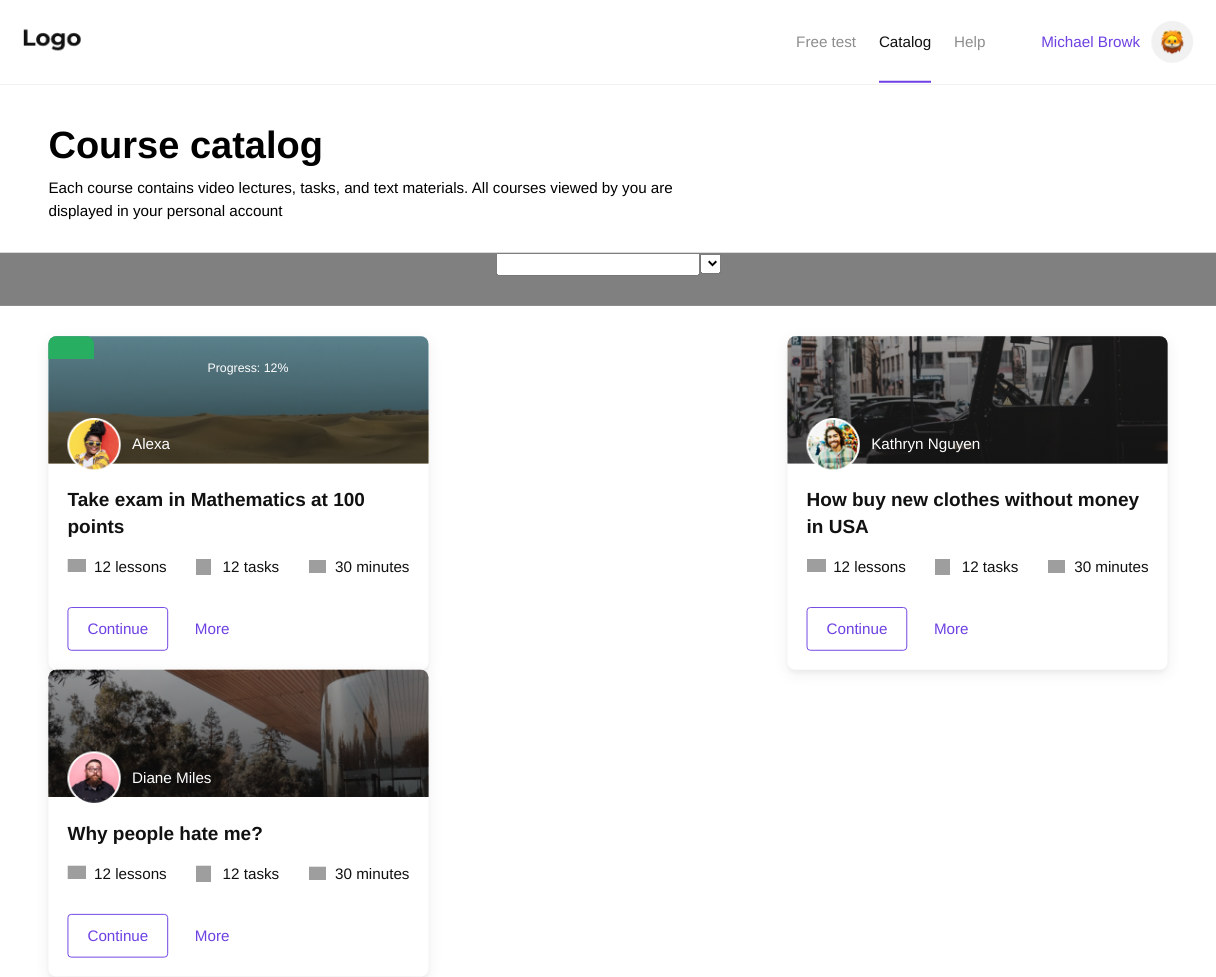
Repository: skydevil1604/vue-test-app
Page: /#/main-page
An editor plug-in stored every save of this project. The page is shown before and after the next save, followed by the edit.
The browser window is 1280 px wide. The pictures show the whole page, at 95% of full size.
Pictures or frames that could not be fetched are drawn as grey boxes. The project was rebuilt for these pictures with package versions that can differ from the ones it lists, and the page was loaded fresh each time. Also part of the build but not shown: src/components/Tabs.vue, src/components/Tab.vue, src/components/Login.vue, src/components/Registration.vue, src/components/AuthenticationForm.vue.

Above is the page before, as saved 2020-04-07 01:22:34.

### public/index.html
<!DOCTYPE html>
<html lang="en">
  <head>
    <meta charset="utf-8">
    <meta http-equiv="X-UA-Compatible" content="IE=edge">
    <meta name="viewport" content="width=device-width,initial-scale=1.0">
    <link rel="icon" href="<%= BASE_URL %>favicon.ico">
    <link rel="stylesheet" href="../src/assets/normalize.css">
    <title><%= htmlWebpackPlugin.options.title %></title>
  </head>
  <body style="margin:0 auto;">
    <noscript>
      <strong>We're sorry but <%= htmlWebpackPlugin.options.title %> doesn't work properly without JavaScript enabled. Please enable it to continue.</strong>
    </noscript>
    <div id="app"></div>
    <!-- built files will be auto injected -->
  </body>
</html>

### src/main.js
import Vue from 'vue'
import App from './App.vue'
import VueRouter from 'vue-router'
import router from './router';

Vue.config.productionTip = false;
Vue.use(VueRouter)

new Vue({
  render: h => h(App),
  router
}).$mount('#app');

### src/App.vue
<template>
  <div id="app">
    <router-view>
      <AuthenticationForm />
    </router-view>
  </div>
</template>

<script>
import AuthenticationForm from './components/AuthenticationForm';

export default {
  name: 'App',
  components: {
    AuthenticationForm
  }
}
</script>

<style>
#app {
  font-family: Avenir, Helvetica, Arial, sans-serif;
  -webkit-font-smoothing: antialiased;
  -moz-osx-font-smoothing: grayscale;
  text-align: center;
  display: flex;
  height: 100vh;
}

#app * {
  box-sizing: border-box;
}
</style>

### src/router/index.js
import Vue                        from 'vue';
import VueRouter                  from 'vue-router';
import MainPageComponent          from '@/components/MainPage';
import AuthenticationForm         from '@/components/AuthenticationForm';

Vue.use(VueRouter);

const router = new VueRouter({
    routes: [

      {
        path: '/main-page',
        name: 'mainPage',
        component: MainPageComponent,
      },
      {
        path: '/',
        name: 'authenticationForm',
        component: AuthenticationForm,
      },
    ]
  });

export default router;

### src/components/MainPage.vue
<template>
    <div class="main-page">
        <header class="header">
            <a class="logo" href="#">
                <img src="../assets/logo.png" alt="logo">
            </a>
            <nav class="navigation">
                <ul class="navigation__list">
                    <li class="navigation__item">
                        <a class="navigation__link" href="#">Free test</a>
                    </li>
                    <li class="navigation__item">
                        <a class="navigation__link navigation__link--active" href="#">Catalog</a>
                    </li>
                    <li class="navigation__item">
                        <a class="navigation__link" href="#">Help</a>
                    </li>
                </ul>
                <div class="navigation__profile">
                    <span class="navigation__user-name">Michael Browk</span>
                    <img class="navigation__user-photo" src="../assets/Lion.png" alt="">
                </div>
            </nav>
        </header>

        <section class="info">
            <h1 class="info__heading">Course catalog</h1>
            <p class="info__description">
                Each course contains video lectures, tasks, and text materials. All courses viewed by you are displayed in your personal account
            </p>
        </section>

        <section class="main-filter">
            <input type="search" name="search" id="search">
            <select name="" id=""></select>
        </section>

        <section class="main-content">
            <div class="post">
                <div class="post__header post__header--first-post">
                    <div class="post__progress-bar">
                        <span class="post__progress-bar-fill" style="width: 12%"></span>
                        <span class="post__progress-count">Progress: 12%</span>
                    </div>
                    <div class="post__author-photo">
                        <img src="../assets/ava1.png" alt="">
                        <span class="post__author-name">Alexa</span>
                    </div>
                </div>
                <div class="post__title">Take exam in Mathematics at 100 points</div>
                <div class="post__info">
                    <span class="post__lessons">12 lessons</span>
                    <span class="post__tasks">12 tasks</span>
                    <span class="post__minutes">30 minutes</span>
                </div>
                <div class="post__button-wrapper">
                    <button class="post__button post__button--main">Continue</button>
                    <button class="post__button post__button--secondary">More</button>
                </div>
            </div>
            <div class="post">
                <div class="post__header post__header--second-post">
                    <div class="post__author-photo">
                        <img src="../assets/ava2.png" alt="">
                        <span class="post__author-name">Kathryn Nguyen</span>
                    </div>
                </div>
                <div class="post__title">How buy new clothes without money in USA</div>
                <div class="post__info">
                    <span class="post__lessons">12 lessons</span>
                    <span class="post__tasks">12 tasks</span>
                    <span class="post__minutes">30 minutes</span>
                </div>
                <div class="post__button-wrapper">
                    <button class="post__button post__button--main">Continue</button>
                    <button class="post__button post__button--secondary">More</button>
                </div>
            </div>
            <div class="post">
                <div class="post__header post__header--third-post">
                    <div class="post__author-photo">
                        <img src="../assets/ava3.png" alt="">
                        <span class="post__author-name">Diane Miles</span>
                    </div>
                </div>
                <div class="post__title">Why people hate me?</div>
                <div class="post__info">
                    <span class="post__lessons">12 lessons</span>
                    <span class="post__tasks">12 tasks</span>
                    <span class="post__minutes">30 minutes</span>
                </div>
                <div class="post__button-wrapper">
                    <button class="post__button post__button--main">Continue</button>
                    <button class="post__button post__button--secondary">More</button>
                </div>
            </div>
        </section>
    </div>
</template>

<script>

export default {
    name: 'MainPageComponent',
}
</script>

<style lang="scss">
    .main-page {
        max-width: 1366px;
        width: 100%;
        margin: 0 auto;
    }

    .header {
        padding-top: 22px;
        padding-bottom: 22px;
        padding-left: 24px;
        padding-right: 24px;
        display: flex;
        justify-content: space-between;
        align-items: center;
        box-shadow: 0px 1px 0px rgba(17, 17, 17, 0.1);
    }

    .navigation {
        display: flex;
        align-items: center;
        width: 418px;
        justify-content: space-between;

            &__list {
                list-style: none;
                display: flex;
                padding: 0;
                margin: 0;

                  &:last-child {
                    margin-right: 0;
                }
            }

            &__item {
                margin-right: 24px;
                font-size: 16px;
                color: rgba(17, 17, 17, 0.48);

                    &:hover {
                        color: #111111;
                    }
            }

            &__link {
                text-decoration: none;
                font-style: normal;
                font-weight: normal;
                font-size: inherit;
                color: inherit;
                line-height: 24px;
                padding-bottom: 35px;
                    &--active {
                        border-top-width: 6px;
                        color: #111111;
                        box-shadow: inset 0px -2px 0px #6E41E2;
                    }
            }

            &__profile {
                display: flex;
                align-items: center;
                justify-content: space-between;
            }

            &__user-name {
                font-style: normal;
                font-weight: normal;
                font-size: 16px;
                line-height: 24px;
                color: #6E41E2;
                margin-right: 12px;
            }
    }

    .info {
        text-align: left;
        padding-top: 40px;
        padding-left: 51px;
        padding-bottom: 32px;
        max-width: 724px;

            &__heading {
                font-style: normal;
                font-weight: bold;
                font-size: 40px;
                line-height: 48px;
                margin:0;
                margin-bottom: 10px;
            }

            &__description {
                font-style: normal;
                font-weight: normal;
                font-size: 16px;
                line-height: 24px;
                margin:0;
            }
    }

    .main-filter {
        height: 56px;
        background-color: grey;
        padding-left: 51px;
        padding-right: 51px;
    }

    .main-content {
        padding-left: 51px;
        padding-right: 51px;
        display: flex;
        justify-content: space-between;
        padding-top: 32px;
        flex-wrap: wrap;
        margin-bottom: 77px;
    }

    .post {
        width: 400px;
        border-radius: 8px;
        position: relative;
        box-shadow: 0px 4px 16px rgba(51, 51, 51, 0.08), 0px 4px 4px rgba(51, 51, 51, 0.04);
        transition: all 0.6s ease;
            &:hover {
                transform: scale(1.05);
            }

            &__header {
                height: 134px;
                border-top-right-radius: 8px;
                border-top-left-radius: 8px;
                position: relative;
                margin-bottom: 24px;
                    &--first-post {
                        background-image: url('../assets/first-post-image.jpg');
                    }
                    &--second-post {
                        background-image: url('../assets/second-post-image.jpg');
                    }
                    &--third-post {
                        background-image: url('../assets/third-post-image.jpg');
                    }

                    &::before {
                        content: '';
                        position: absolute;
                        top: 0;
                        left: 0;
                        right: 0;
                        bottom: 0;
                        background: linear-gradient(180deg, rgba(17, 17, 17, 0.4) 0%, rgba(17, 17, 17, 0.72) 93.75%);
                        z-index: 1;
                        border-top-right-radius: 8px;
                        border-top-left-radius: 8px;
                    }
            }

            &__progress-bar {
                width: 100%;
                background-color: transparent;
                border-top-right-radius: 8px;
                border-top-left-radius: 8px;
                position: absolute;
                top: 0;
                left: 0;
                z-index: 2;
            }

            &__progress-bar-fill {
                display: block;
                height: 24px;
                background-color: #27AE60;
                border-top-right-radius: 8px;
                border-top-left-radius: 8px;
            }

            &__progress-count {
                font-style: normal;
                font-weight: normal;
                font-size: 13px;
                line-height: 20px;
                color:#ffffff;
                margin-left: 20px;
            }

            &__author-photo {
                position: absolute;
                left: 20px;
                bottom: -8px;
                width: 183px;
                height: 56px;
                z-index: 2;
                display: flex;
                align-items: center;
            }

            &__author-name {
                font-style: normal;
                font-weight: normal;
                font-size: 16px;
                line-height: 24px;
                color:#ffffff;
                margin-left: 12px;
            }

            &__title {
                font-size: 20px;
                line-height: 28px;
                color: #111111;
                padding-left: 20px;
                padding-right: 20px;
                font-weight: bold;
                text-align: left;
                margin-bottom: 17px;
            }

            &__info {
                display: flex;
                justify-content: space-between;
                margin-bottom: 32px;
                font-style: normal;
                font-weight: normal;
                font-size: 16px;
                line-height: 24px;
                color: #111111;
                padding-left: 20px;
                padding-right: 20px;
                margin-bottom: 96px;
            }

            &__lessons {
                padding-left: 28px;
                position: relative;
                    &::before {
                        content: '';
                        top: 3px;
                        left: 0;
                        width: 20px;
                        height: 14px;
                        position: absolute;
                        background-image: url('../assets/lessons-logo.svg');
                    }
            }

            &__tasks {
                padding-left: 28px;
                position: relative;
                    &::before {
                        content: '';
                        top: 3px;
                        left: 0;
                        width: 16px;
                        height: 17px;
                        position: absolute;
                        background-image: url('../assets/tasks-logo.svg');
                    }
            }

            &__minutes {
                padding-left: 28px;
                position: relative;
                    &::before {
                        content: '';
                        top: 4px;
                        left: 0;
                        width: 18px;
                        height: 14px;
                        position: absolute;
                        background-image: url('../assets/minutes-logo.svg');
                    }
            }
            &__button-wrapper {
                display: flex;
                justify-content: flex-start;
                position: absolute;
                bottom: 20px;
            }

            &__button {
                color: #6E41E2;
                padding: 10px 20px 10px 20px;
                font-style: normal;
                font-weight: normal;
                font-size: 16px;
                line-height: 24px;
                border-radius: 4px;
                background-color: #ffffff;
                outline: none;
                border: none;
                    &--main {
                        border: 1px solid #6E41E2;
                        margin-right: 8px;
                        margin-left: 20px;
                        &:hover {
                            background-color: #6E41E2;
                            color: #ffffff;
                        }
                    }
            }
    }


</style>

Loaded but not shown: src/assets/normalize.css (library)

After the next save:
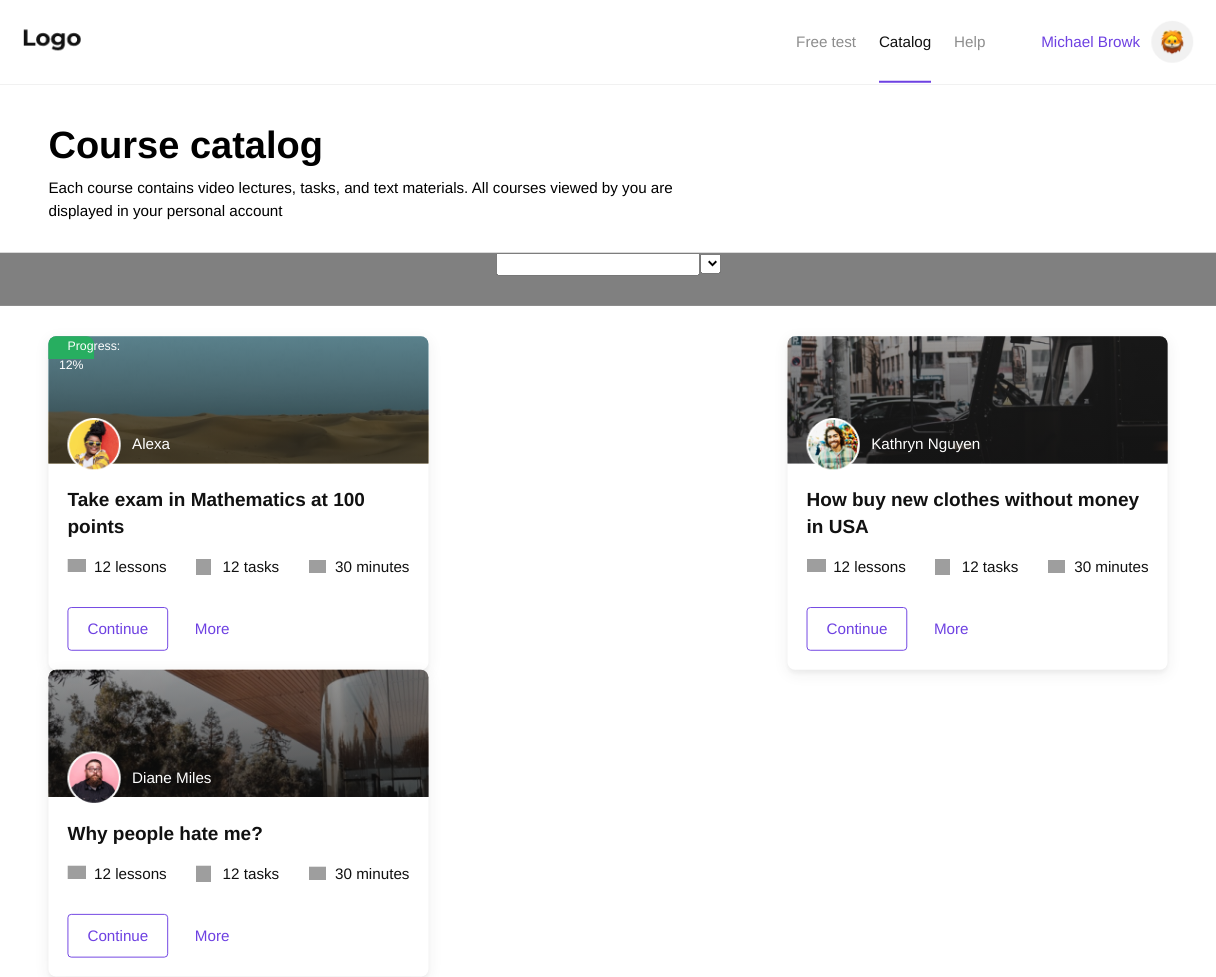
Saved 42 s later.
--- a/src/components/MainPage.vue
+++ b/src/components/MainPage.vue
@@ -39,8 +39,9 @@
             <div class="post">
                 <div class="post__header post__header--first-post">
                     <div class="post__progress-bar">
-                        <span class="post__progress-bar-fill" style="width: 12%"></span>
-                        <span class="post__progress-count">Progress: 12%</span>
+                        <div class="post__progress-bar-fill" style="width: 12%">
+                            <span class="post__progress-count">Progress: 12%</span>
+                        </div>
                     </div>
                     <div class="post__author-photo">
                         <img src="../assets/ava1.png" alt="">
